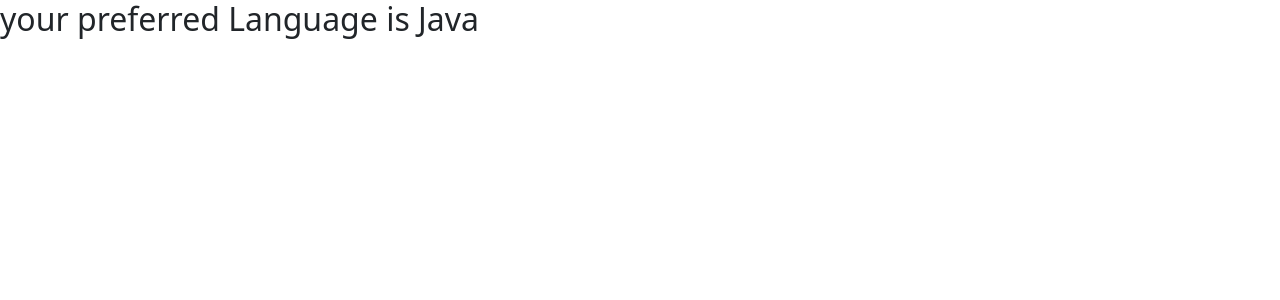
Repository: valletivarish/monojsp
Page: http://localhost/04-jsp-cookie-demo/cookie-home.jsp
The author's editor kept a copy of each file at every save. The page is drawn from the files as they stood at one save, then again after the next save.
The browser window is 1280 px wide. The pictures show the whole page.
The page is served by Tomcat 9.

Above is the page before, as saved 2024-07-15 06:57:45.

### 04-jsp-cookie-demo/WebContent/cookie-home.jsp
<%@ page language="java" contentType="text/html; charset=ISO-8859-1"
    pageEncoding="ISO-8859-1"%>
<!DOCTYPE html>
<html>
<head>
<meta charset="ISO-8859-1">
<title>Insert title here</title>
<link href="https://cdn.jsdelivr.net/npm/bootstrap@5.0.2/dist/css/bootstrap.min.css" rel="stylesheet" integrity="sha384-EVSTQN3/azprG1Anm3QDgpJLIm9Nao0Yz1ztcQTwFspd3yD65VohhpuuCOmLASjC" crossorigin="anonymous">
</head>
<body>
	<%
		String favouriteLanguage="Java";
		Cookie[] cookies=request.getCookies();
		if(cookies!=null){
			for(Cookie c:cookies){
				if(c.getName().equals("favouriteLanguage")){
					favouriteLanguage=c.getValue();
				}
			}
		}

	%>
	<h2 class="Display-2">your preferred Language is <%=favouriteLanguage %></h2>
</body>
</html>

After the next save:
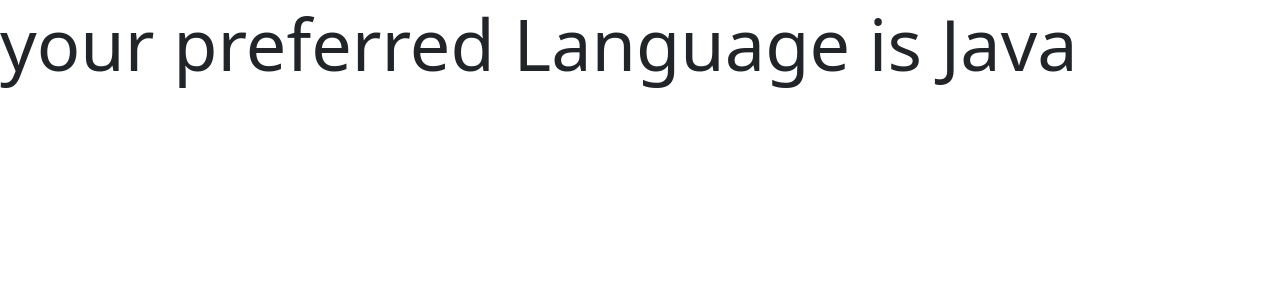
Saved 7 s later.
--- a/04-jsp-cookie-demo/WebContent/cookie-home.jsp
+++ b/04-jsp-cookie-demo/WebContent/cookie-home.jsp
@@ -20,6 +20,6 @@
 		}
 
 	%>
-	<h2 class="Display-2">your preferred Language is <%=favouriteLanguage %></h2>
+	<h2 class="display-2">your preferred Language is <%=favouriteLanguage %></h2>
 </body>
 </html>
